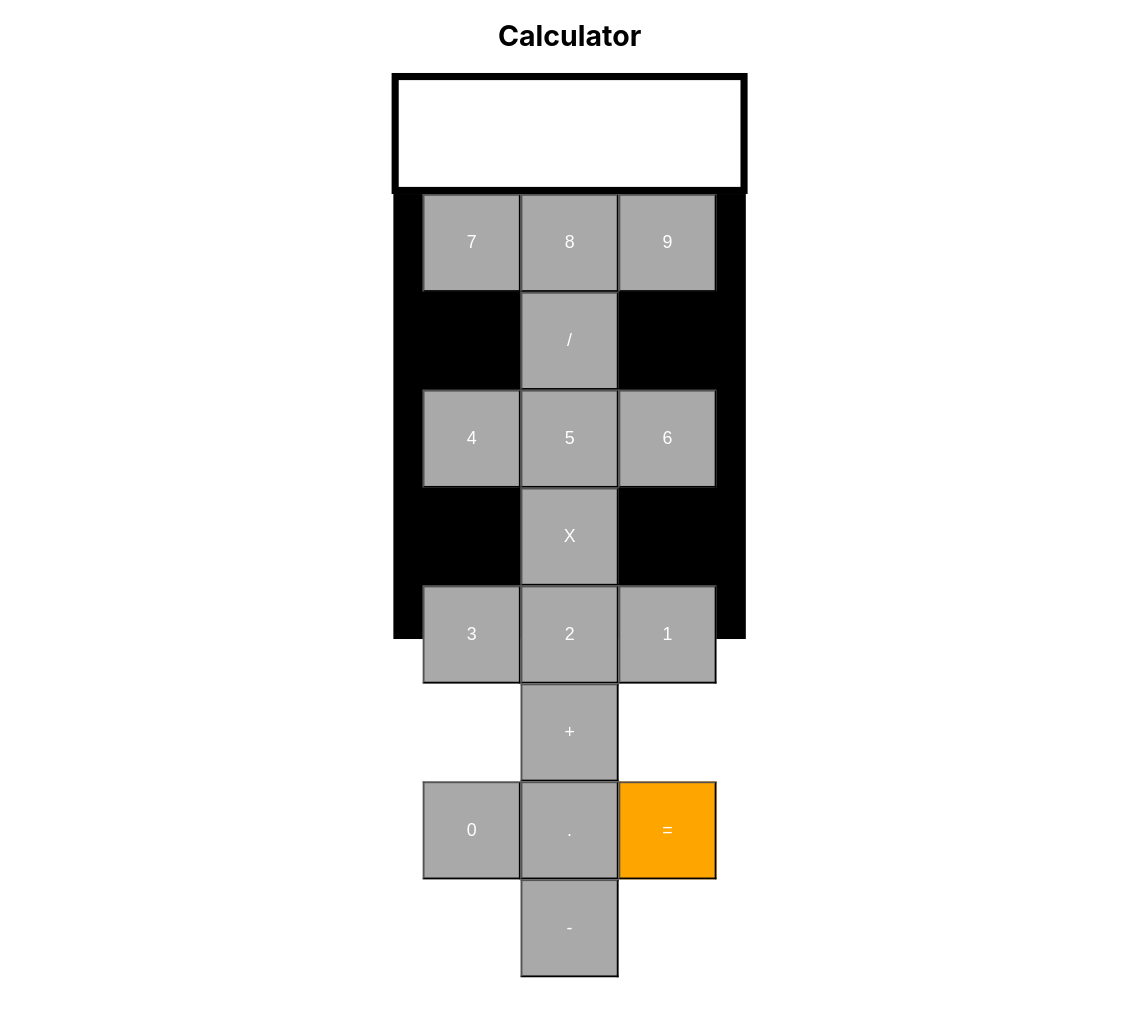
Repository: punitbathija/Placement-Assitance-iNeuron
Page: / (app in React/calculator/), after clicking the first element matching `button.equal`
These files come from the project's save history. The page is drawn as it stood at one moment and after a run of saves; the edit follows.
The browser window is 1280 px wide. The pictures show the whole page, at 89% of full size.
The project was rebuilt for these pictures with package versions that can differ from the ones it lists, and the page was loaded fresh each time.

Above is the page before, as saved 2023-06-05 16:24:30.

After the next 2 saves:
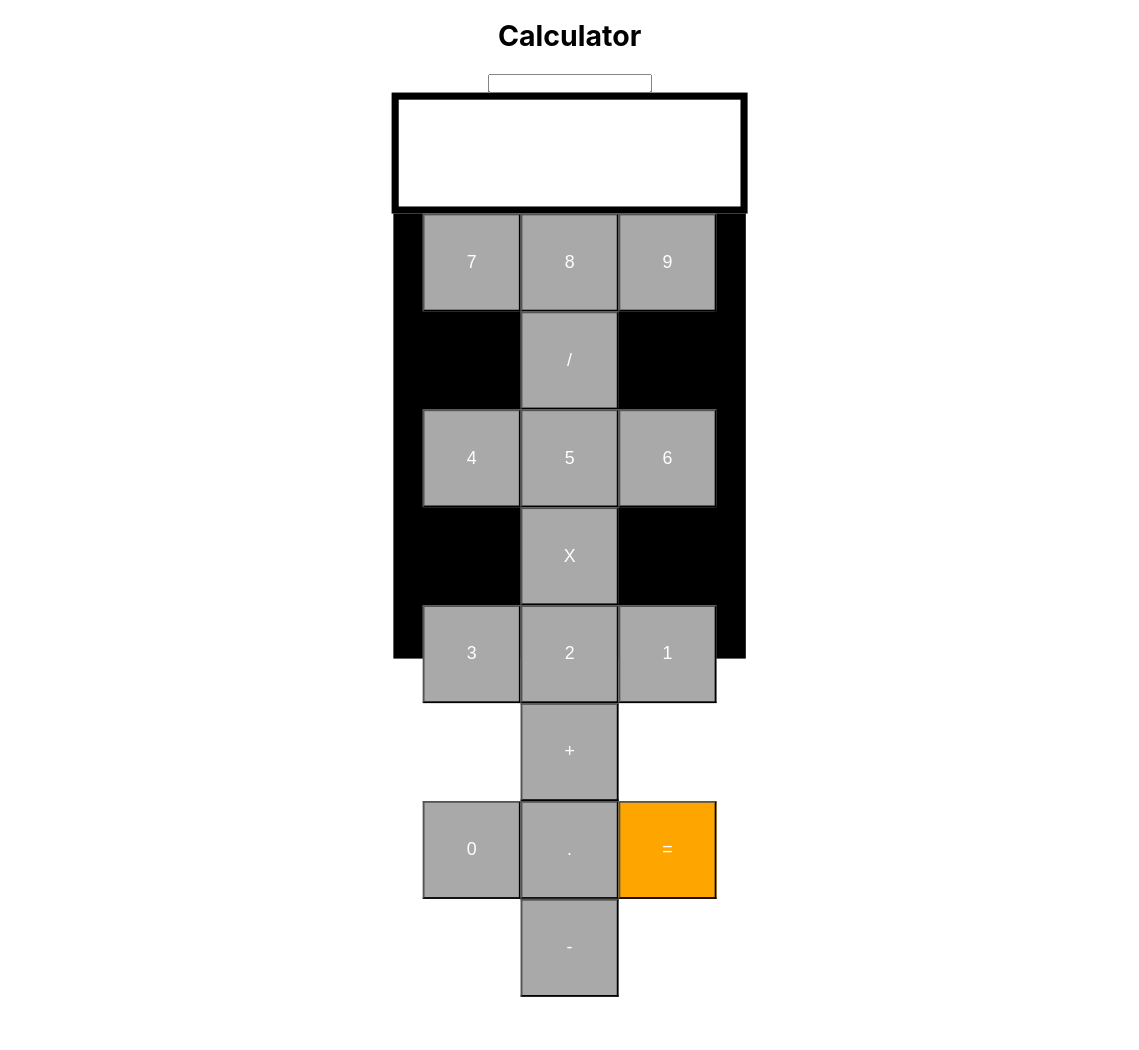
The 2 saves are shown as one change because 1 did not build or start.
The last was saved 42 s later.
--- a/React/calculator/src/Calculator.jsx
+++ b/React/calculator/src/Calculator.jsx
@@ -24,6 +24,8 @@ const Calculator = () => {
 
   return (
     <div className="body">
+      <input type="text" value={input} onChange={handleInputChange} />
+
       <div className="screen"></div>
       <div className="numpad">
         <div className="firstRow">
